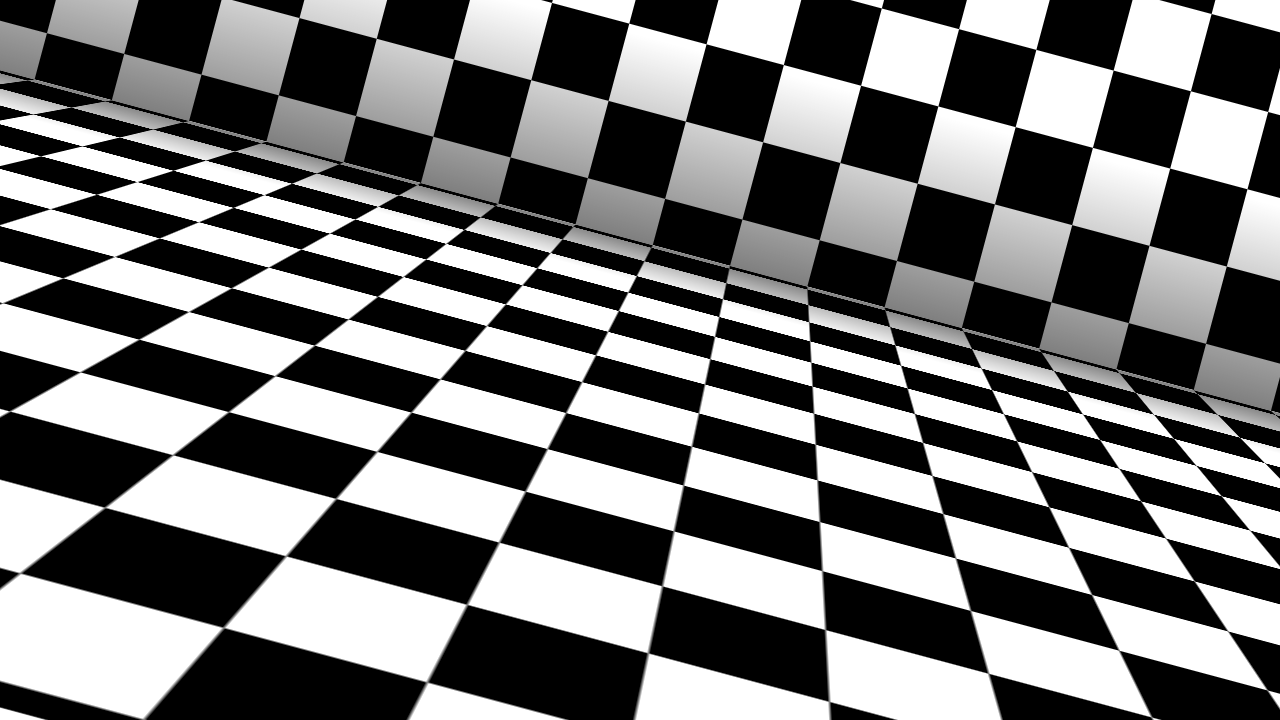
Repository: atwesson/portfoilo
Page: index.html
An editor plug-in stored every save of this project. The page is shown before and after a run of saves, followed by the edit.
The browser window is 1280 px wide. The pictures show the whole page.

Above is the page before, as saved 2021-11-17 10:38:10.
Console error: TypeError: Cannot read properties of null (reading 'offsetLeft')

### index.html
<!DOCTYPE html>
<html lang="en">

<head>
    <meta charset="UTF-8">
    <meta http-equiv="X-UA-Compatible" content="IE=edge">
    <meta name="viewport" content="width=device-width, initial-scale=1.0">
    <link href="https://cdn.jsdelivr.net/npm/bootstrap@5.1.3/dist/css/bootstrap.min.css" rel="stylesheet"
        integrity="sha384-1BmE4kWBq78iYhFldvKuhfTAU6auU8tT94WrHftjDbrCEXSU1oBoqyl2QvZ6jIW3" crossorigin="anonymous">
    <link rel="stylesheet" type="text/css" href="style.css">
    <title>portfoilo
    </title>
</head>

<body>
    <section>
        <div class="pattern">
            <div class="face face1">
            </div>
            <div class="face face2"></div>
        </div>
    </section>



    <script src="https://cdn.jsdelivr.net/npm/bootstrap@5.1.3/dist/js/bootstrap.bundle.min.js"
        integrity="sha384-ka7Sk0Gln4gmtz2MlQnikT1wXgYsOg+OMhuP+IlRH9sENBO0LRn5q+8nbTov4+1p"
        crossorigin="anonymous"></script>
    <script src="scripts.js"></script>
</body>

</html>

### style.css
*
{
    margin: 0;
    padding: 0;
}

section{
    position: fixed;
    top: 0;
    left: 0;
    width: 100%;
    height: 100vh;
    overflow: hidden;
}
.pattern
{
    position: relative;
    transform-style: preserve-3d;
    perspective: 1000px;
    animation: animateBg 10s ease-in-out infinite;
}
@keyframes animateBg{
    0%, 100%{
        transform: scale(1.6) rotate(-15deg);
    }50%{
        transform: scale(1.6) rotate(15deg);
    }
}
.pattern .face{
    position: relative;
    width: 100%;
    height: 50vh;
    background-image: url(./assets/check.jpg);
    background-size: 100px 100px;
    animation: animate 1s linear infinite;
}
@keyframes animate{
    0%{
        background-position: 0;
    }
    100%{
        background-position: 100px;
    }
}

.pattern .face.face2{
    height: 100vh;
    transform-origin: top;
    transform: rotateX(70deg);
}

.pattern .face1:before{
    content: '';
    position: absolute;
    bottom: 0;
    left: 0;
    height: 125px;
    width: 100%;
    height: 125px;
    background: linear-gradient(0deg,rgba(0,0,0,0.5), transparent);
}

.pattern .face2:before{
    content: '';
    position: absolute;
    bottom: top;
    left: 0;
    height: 125px;
    width: 100%;
    height: 125px;
    background: linear-gradient(180deg,rgba(0,0,0,0.5), transparent);
}

### scripts.js
(function () {
    // Init
    var container = document.getElementById("container"),
        inner = document.getElementById("inner");

    // Mouse
    var mouse = {
        _x: 0,
        _y: 0,
        x: 0,
        y: 0,
        updatePosition: function (event) {
            var e = event || window.event;
            this.x = e.clientX - this._x;
            this.y = (e.clientY - this._y) * -1;
        },
        setOrigin: function (e) {
            this._x = e.offsetLeft + Math.floor(e.offsetWidth / 2);
            this._y = e.offsetTop + Math.floor(e.offsetHeight / 2);
        },
        show: function () {
            return "(" + this.x + ", " + this.y + ")";
        }
    };

    // Track the mouse position relative to the center of the container.
    mouse.setOrigin(container);

    //----------------------------------------------------

    var counter = 0;
    var refreshRate = 10;
    var isTimeToUpdate = function () {
        return counter++ % refreshRate === 0;
    };

    //----------------------------------------------------

    var onMouseEnterHandler = function (event) {
        update(event);
    };

    var onMouseLeaveHandler = function () {
        inner.style = "";
    };

    var onMouseMoveHandler = function (event) {
        if (isTimeToUpdate()) {
            update(event);
        }
    };

    //----------------------------------------------------

    var update = function (event) {
        mouse.updatePosition(event);
        updateTransformStyle(
            (mouse.y / inner.offsetHeight / 2).toFixed(2),
            (mouse.x / inner.offsetWidth / 2).toFixed(2)
        );
    };

    var updateTransformStyle = function (x, y) {
        var style = "rotateX(" + x + "deg) rotateY(" + y + "deg)";
        inner.style.transform = style;
        inner.style.webkitTransform = style;
        inner.style.mozTranform = style;
        inner.style.msTransform = style;
        inner.style.oTransform = style;
    };

    //--------------------------------------------------------

    container.onmousemove = onMouseMoveHandler;
    container.onmouseleave = onMouseLeaveHandler;
    container.onmouseenter = onMouseEnterHandler;
})();

After the next 2 saves:
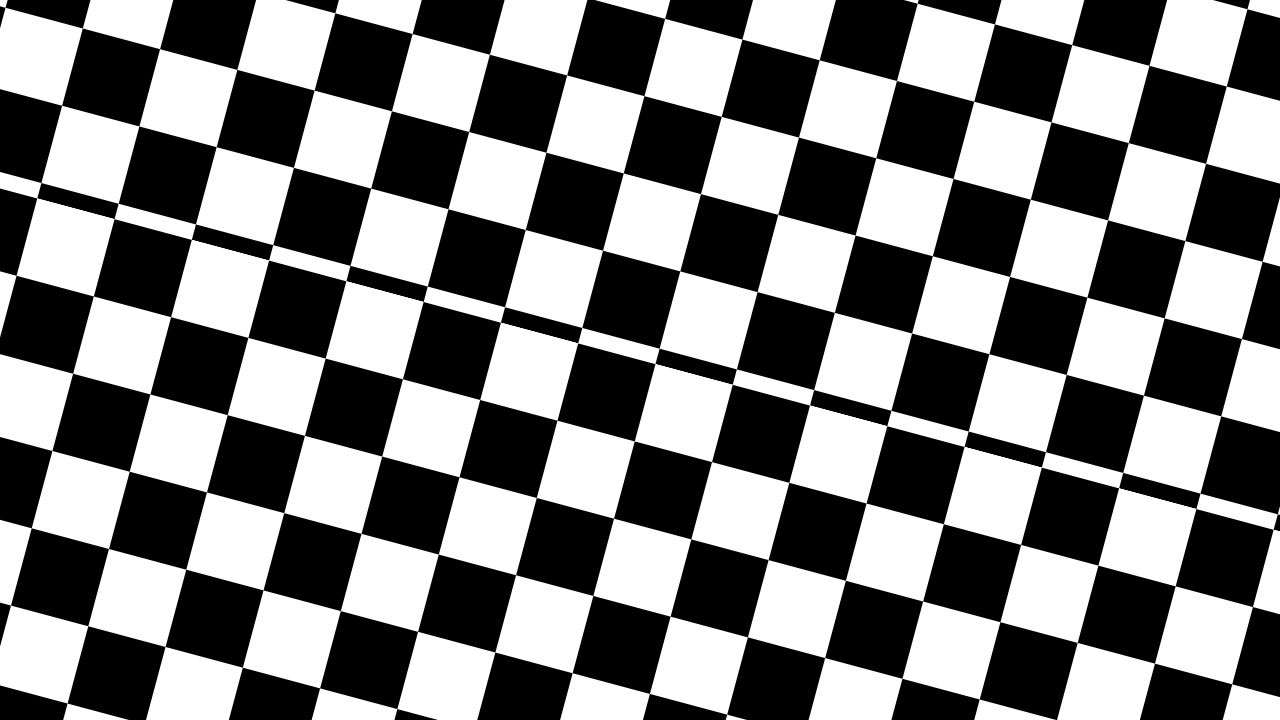
The 2 saves are shown as one change because they came seconds apart.
The last was saved 25 s later.
--- a/style.css
+++ b/style.css
@@ -34,7 +34,8 @@
     background-size: 100px 100px;
     animation: animate 1s linear infinite;
 }
-@keyframes animate{
+
+/*@keyframes animate{
     0%{
         background-position: 0;
     }
